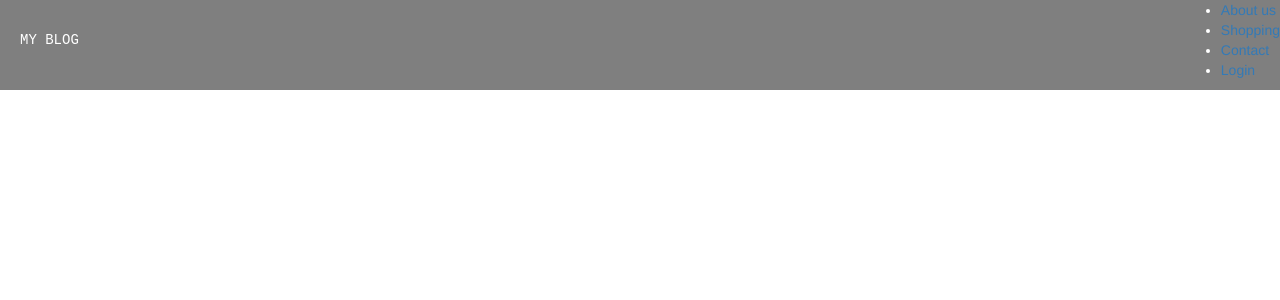
Repository: alikahwaji/HTML-CSS
Page: index.html
These files come from the project's save history. The page is drawn as it stood at one moment and after the next save; the edit follows.
The browser window is 1280 px wide. The pictures show the whole page.

Above is the page before, as saved 2019-10-07 13:10:26.

After the next save:
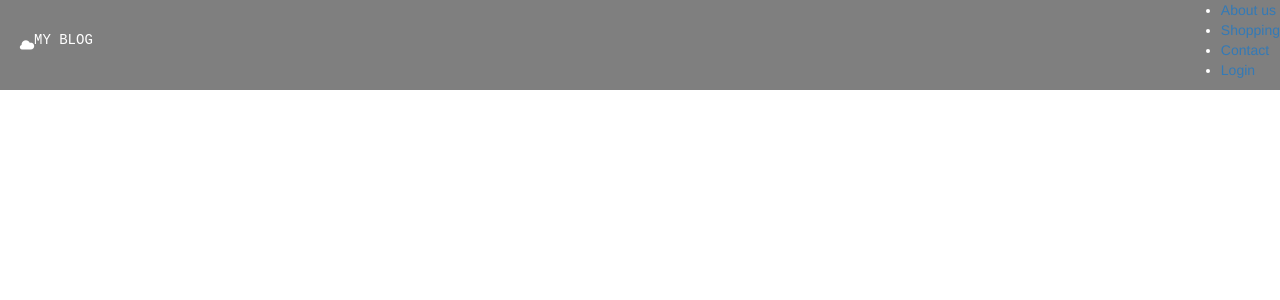
Saved 31 s later.
--- a/index.html
+++ b/index.html
@@ -11,7 +11,7 @@
   <body>
     <header>
       <div>
-        <i class="material-icons"></i>
+        <i class="glyphicon glyphicon-cloud"></i>
         <p>MY BLOG</p>
       </div>
       <nav>

After the save that followed:
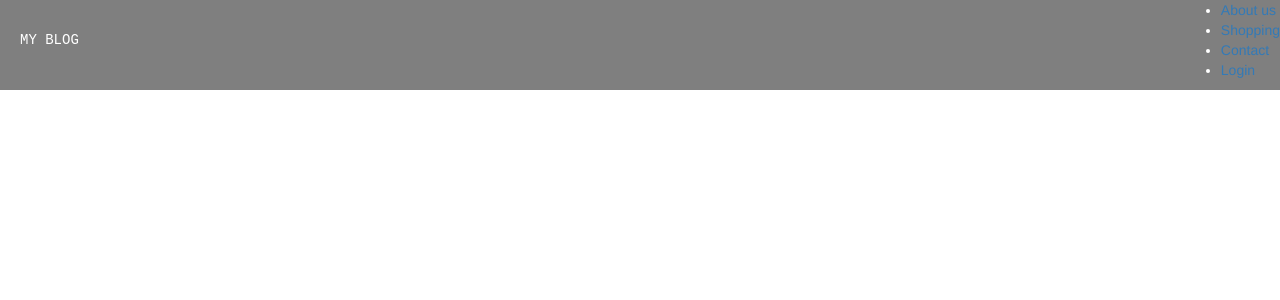
Saved 100 s later.
--- a/index.html
+++ b/index.html
@@ -11,7 +11,7 @@
   <body>
     <header>
       <div>
-        <i class="glyphicon glyphicon-cloud"></i>
+        <i class="fas fa-atom"></i>
         <p>MY BLOG</p>
       </div>
       <nav>
